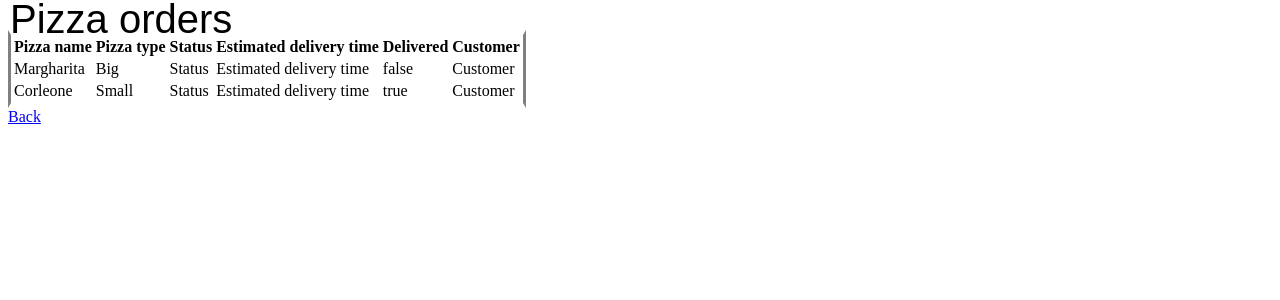
Repository: lukas77pro/html_css_js
Page: html/Test/WebContent/Tabela.html
These files come from the project's save history. The page is drawn as it stood at one moment and after the next save; the edit follows.
The browser window is 1280 px wide. The pictures show the whole page.

Above is the page before, as saved 2015-07-10 13:34:06.

After the next save:
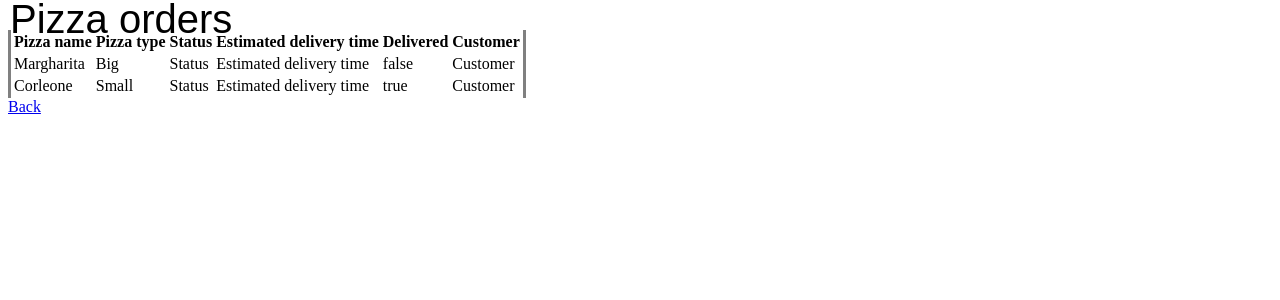
Saved 9 s later.
--- a/html/Test/WebContent/Styl.css
+++ b/html/Test/WebContent/Styl.css
@@ -27,8 +27,8 @@
 
 table {
 	border-style: solid;
-	border-bottom: thick solid #ffffff;
-	border-top: thick solid #ffffff;
+	border-bottom: thick #ffffff;
+	border-top: thick #ffffff;
 }
 
 tr:nth-child(even):hover {
